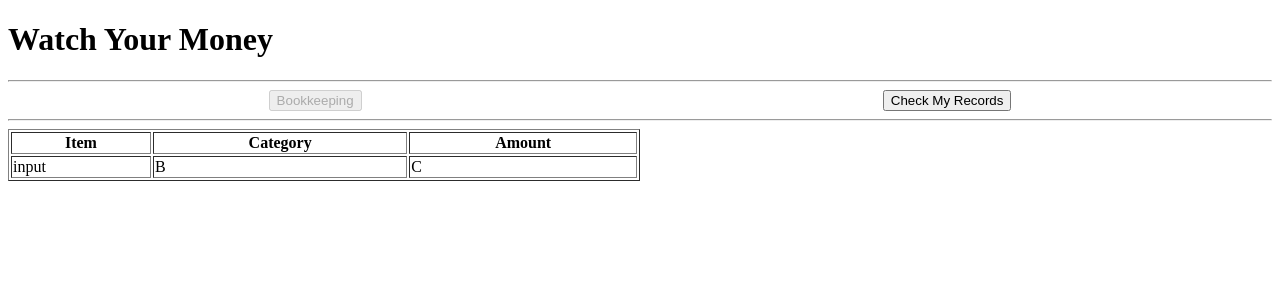
Repository: chelsea9869/Hackathon-TNT
Page: http://localhost/app/watch_your_money.php
These files come from the project's save history. The page is drawn as it stood at one moment and after the next save; the edit follows.
The browser window is 1280 px wide. The pictures show the whole page.
The page is run by PHP 8.4 with error messages shown; the project is at /var/www/html/.

Above is the page before, as saved 2020-09-05 11:20:55.

### app/watch_your_money.php
<!DOCTYPE html>
<html lang="en">
<head>
    <meta charset="UTF-8">
    <meta name="viewport" content="width=device-width, initial-scale=1.0">
    <title>Watch Your Money</title>
</head>
<body>
    <h1>Watch Your Money</h1>
    <hr>
    <div id='function' style='display: flex;justify-content: space-around;'>
        <div id='bookkeeping-button'>
            <button disabled="disabled">Bookkeeping</button>
        </div>
        <div id='check-records-button'>
            <button>Check My Records</button>
        </div>
    </div>
    <hr>
    <div id='main-content'>
        <div id='bookkeeping'>
        <form name='bookkeeping-form' action="post">
            <table id='bookkeeping-form-table' border="1px" width='50%'>
                    <thead>
                        <tr>
                            <th>Item</th>
                            <th>Category</th>
                            <th>Amount</th>
                        </tr>
                    </thead>
                    <tbody>
                        <tr>
                            <td>input</td>
                            <td>B</td>
                            <td>C</td>
                        </tr>
                    </tbody>
                </table>
            </form>
        </div>
    </div>
</body>
</html>

After the next save:
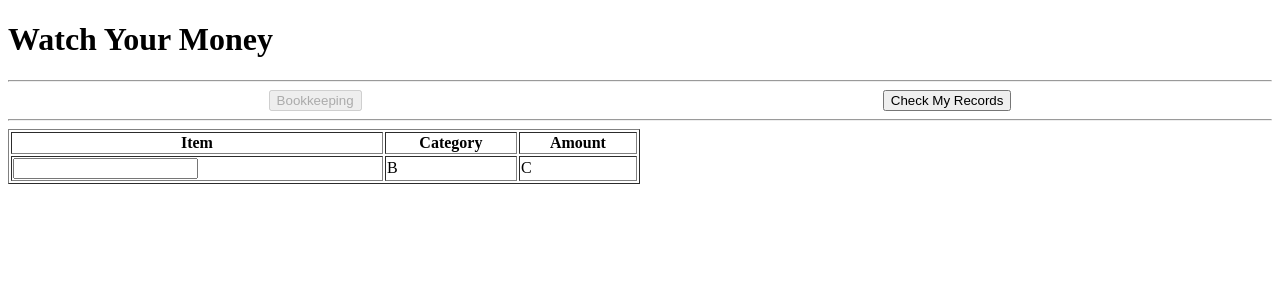
Saved 8 s later.
--- a/app/watch_your_money.php
+++ b/app/watch_your_money.php
@@ -30,7 +30,7 @@
                     </thead>
                     <tbody>
                         <tr>
-                            <td>input</td>
+                            <td><input type="text" name="" id=""></td>
                             <td>B</td>
                             <td>C</td>
                         </tr>
